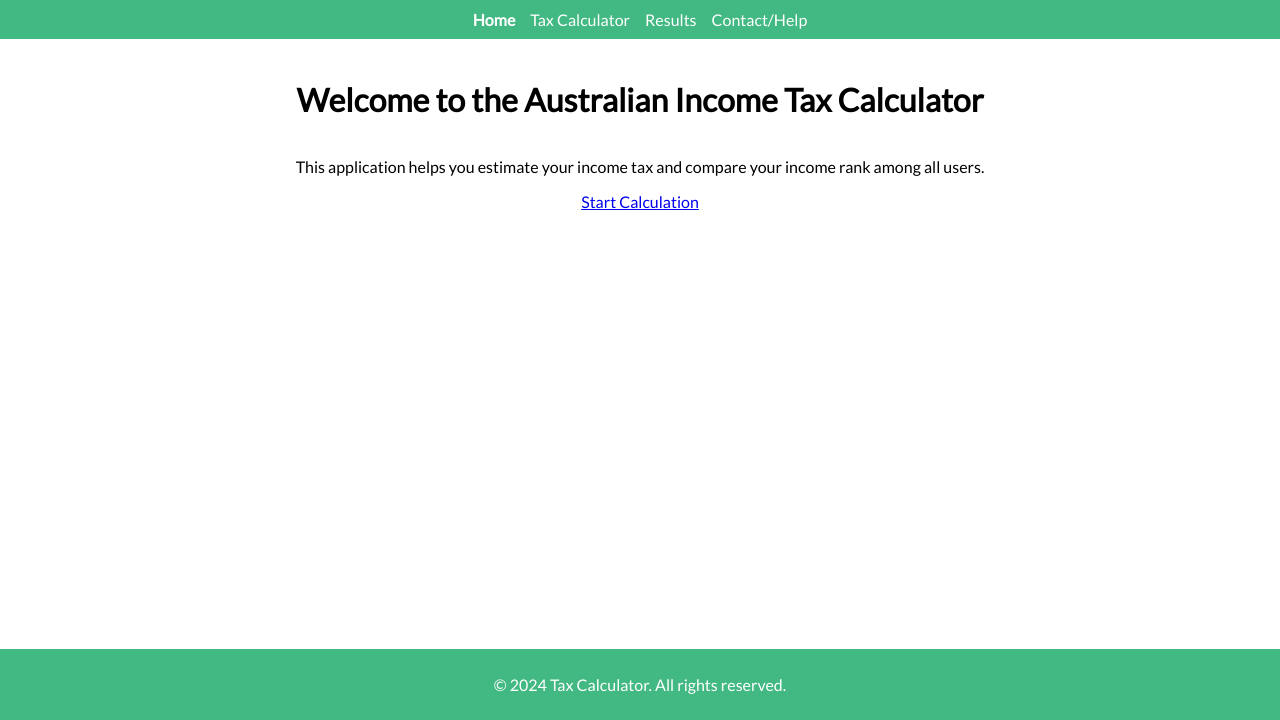
Repository: Tracy-maker/tax_calculator
Page: /
An editor plug-in stored every save of this project. The page is shown before and after the next save, followed by the edit.
The browser window is 1280 px wide. The pictures show the whole page.
The project was rebuilt for these pictures with package versions that can differ from the ones it lists, and the page was loaded fresh each time. Also part of the build but not shown: vite.config.js, src/components/page/TaxCalculator.vue, src/components/page/ResultPage.vue, src/components/page/ContactHelp.vue.

Above is the page before, as saved 2024-06-26 15:21:03.

### index.html
<!doctype html>
<html lang="en">
  <head>
    <meta charset="UTF-8" />
    <link rel="icon" href="src/assets/logo.svg" />
    <meta name="viewport" content="width=device-width, initial-scale=1.0" />
    <title>Tax Calculator</title>
  </head>
  <body>
    <div id="app"></div>
    <script type="module" src="/src/main.js"></script>
  </body>
</html>

### src/main.js
import './assets/main.css'
import { createApp } from 'vue'
import App from './App.vue'
import router from './router'

createApp(App).use(router).mount('#app')

### src/assets/main.css
@import url('https://fonts.googleapis.com/css?family=Lato&display=swap');

:root {
  --box-shadow: 0 1px 3px rgba(0, 0, 0, 0.12), 0 1px 2px rgba(0, 0, 0, 0.24);
}

* {
  box-sizing: border-box;
}

html,
body {
  height: 100%;
  margin: 0;
  padding: 0;
  font-family: 'Lato', sans-serif;
}

#app {
  display: flex;
  flex-direction: column;
  min-height: 100vh;
}

header {
  background-color: #42b983;
  padding: 10px;
  color: white;
}

nav {
  display: flex;
  justify-content: center;
  gap: 15px;
}

nav a {
  color: white;
  text-decoration: none;
  cursor: pointer;
}

nav a.router-link-exact-active {
  font-weight: bold;
}

main {
  flex: 1;
  padding: 20px;
}

footer {
  justify-content: center;
  align-items: center;
  text-align: center;
  padding: 10px;
  background-color: #42b983;
  color: white;
  display: flex;
}

.home,
.calculator,
.results,
.contact-help {
  display: flex;
  flex-direction: column;
  justify-content: center;
  align-items: center;
  min-height: auto;
}

.modal {
  position: fixed;
  top: 0;
  left: 0;
  width: 100%;
  height: 100%;
  background-color: rgba(0, 0, 0, 0.5);
  display: flex;
  justify-content: center;
  align-items: center;
}

.modal-content {
  background-color: white;
  padding: 20px;
  border-radius: 5px;
  text-align: center;
}

.close {
  position: absolute;
  top: 10px;
  right: 10px;
  cursor: pointer;
}

.share-buttons {
  display: flex;
  flex-direction: column;
  gap: 10px;
}

### src/App.vue
<template>
  <div id="app">
    <header>
      <nav>
        <router-link to="/">Home</router-link>
        <router-link to="/calculator">Tax Calculator</router-link>
        <router-link to="/results">Results</router-link>
        <router-link to="/contact">Contact/Help</router-link>
      </nav>
    </header>
    <main>
      <router-view></router-view>
    </main>
    <footer>
      <p>&copy; 2024 Tax Calculator. All rights reserved.</p>
    </footer>
  </div>
</template>

<script lang="ts">
import { defineComponent } from 'vue'
import { RouterLink, RouterView } from 'vue-router'

export default defineComponent({
  name: 'App',
  components: {
    RouterLink,
    RouterView
  }
})
</script>

### src/router.js
import { createRouter, createWebHistory } from 'vue-router'
import HomePage from './components/page/HomePage.vue'
import TaxCalculator from './components/page/TaxCalculator.vue'
import ResultPage from './components/page/ResultPage.vue'
import ContactHelp from './components/page/ContactHelp.vue'

const routes = [
  { path: '/', name: 'Home', component: HomePage },
  { path: '/calculator', name: 'Calculator', component: TaxCalculator },
  { path: '/results', name: 'Results', component: ResultPage },
  { path: '/contact', name: 'Contact', component: ContactHelp }
]

const router = createRouter({
  history: createWebHistory(),
  routes
})

export default router

### src/components/page/HomePage.vue
<template>
  <div class="home">
    <h1>Welcome to the Australian Income Tax Calculator</h1>
    <p>
      This application helps you estimate your income tax and compare your income rank among all
      users.
    </p>
    <router-link to="/calculator">Start Calculation</router-link>
  </div>
</template>

<script lang="ts">
import { defineComponent } from 'vue'

export default defineComponent({
  name: 'HomePage'
})
</script>

After the next save:
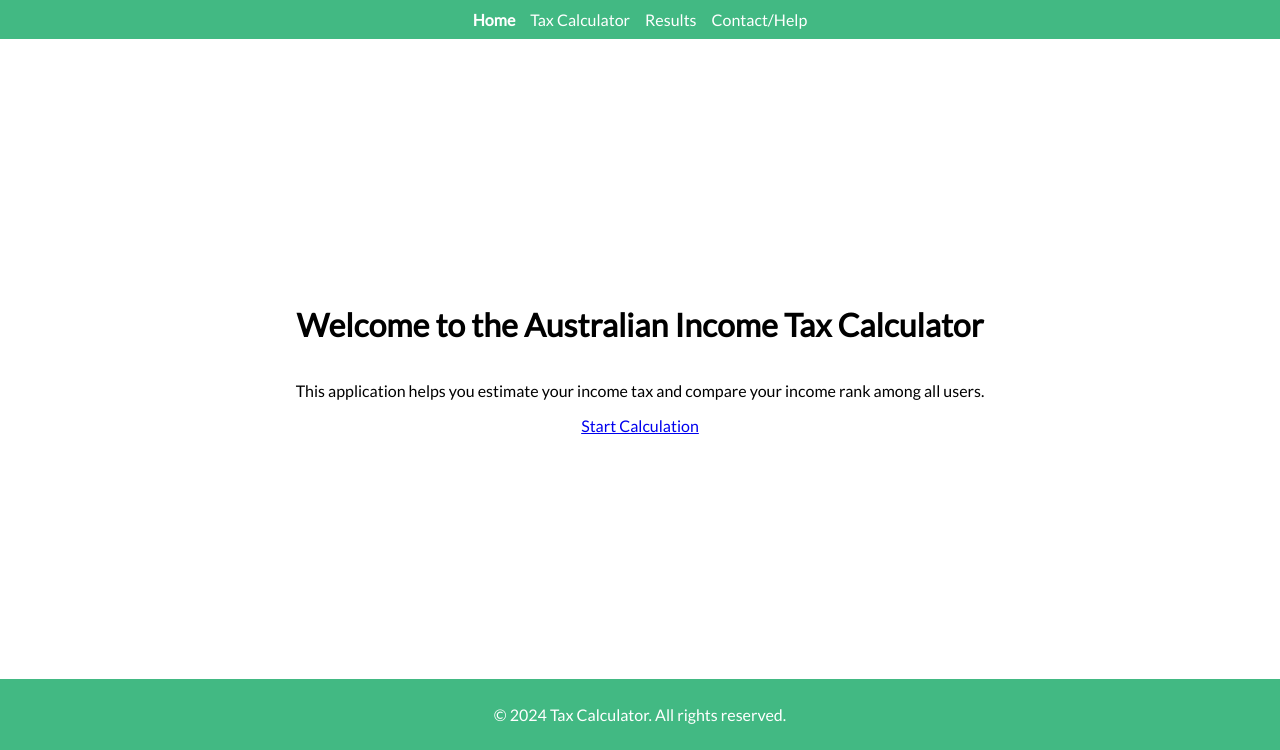
Saved 23 min 16 s later.
--- a/src/assets/main.css
+++ b/src/assets/main.css
@@ -67,7 +67,41 @@
   flex-direction: column;
   justify-content: center;
   align-items: center;
-  min-height: auto;
+  min-height: calc(100vh - 120px); /* Adjust according to header and footer height */
+  position: relative;
+  overflow: hidden;
+}
+
+.background-video {
+  position: absolute;
+  top: 0;
+  left: 0;
+  width: 100%;
+  height: 100%;
+  object-fit: cover;
+  z-index: -1;
+}
+
+.content {
+  position: relative;
+  text-align: center;
+  color: white;
+  z-index: 1;
+}
+
+.start-calculation {
+  display: inline-block;
+  margin-top: 20px;
+  padding: 10px 20px;
+  background-color: #42b983;
+  color: white;
+  text-decoration: none;
+  border-radius: 5px;
+  box-shadow: var(--box-shadow);
+}
+
+.start-calculation:hover {
+  background-color: #369963;
 }
 
 .modal {

After the 2 saves that followed:
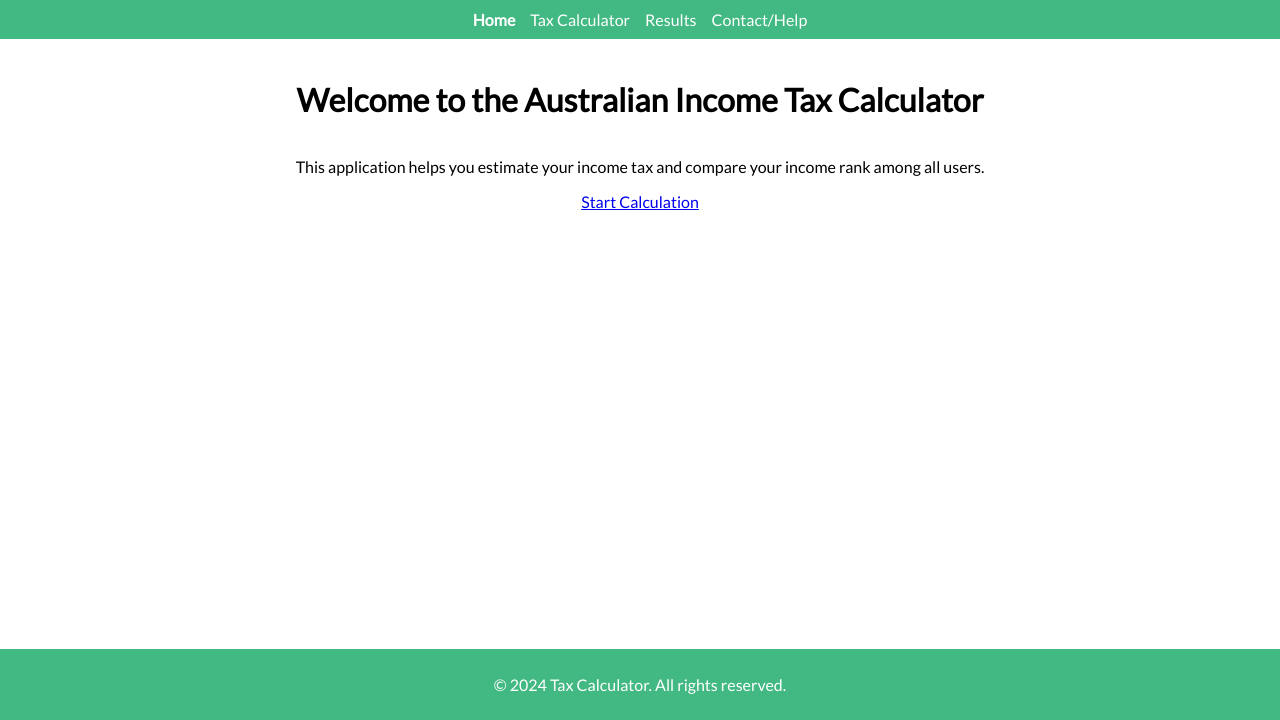
The 2 saves are shown as one change because they came seconds apart.
The last was saved 13 s later.
--- a/src/assets/main.css
+++ b/src/assets/main.css
@@ -67,7 +67,7 @@
   flex-direction: column;
   justify-content: center;
   align-items: center;
-  min-height: calc(100vh - 120px); /* Adjust according to header and footer height */
+  min-height: auto;
   position: relative;
   overflow: hidden;
 }
